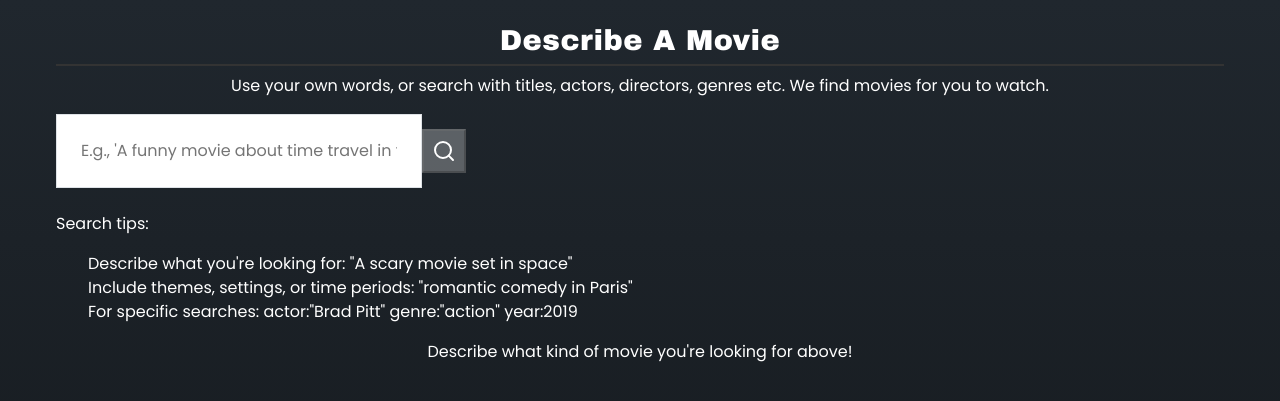
Repository: MahmoudSaad1307/DEPI-MoviesApp
Page: /
The author's editor kept a copy of each file at every save. The page is drawn from the files as they stood at one save, then again after the next save.
The browser window is 1280 px wide. The pictures show the whole page.
The project was rebuilt for these pictures with package versions that can differ from the ones it lists, and the page was loaded fresh each time. Also part of the build but not shown: vite.config.js, vite.config.ts, src/constants/components/Navbar.jsx, src/constants/components/Footer.jsx, src/pages/Layout.jsx, src/components/popular.jsx, src/components/continueWatching.jsx, src/components/topPicks.jsx and 11 more. Imported but missing from the stored project, and not drawn on this page: src/constants/components/constants.

Above is the page before, as saved 2025-04-18 18:58:49.

After the next save:
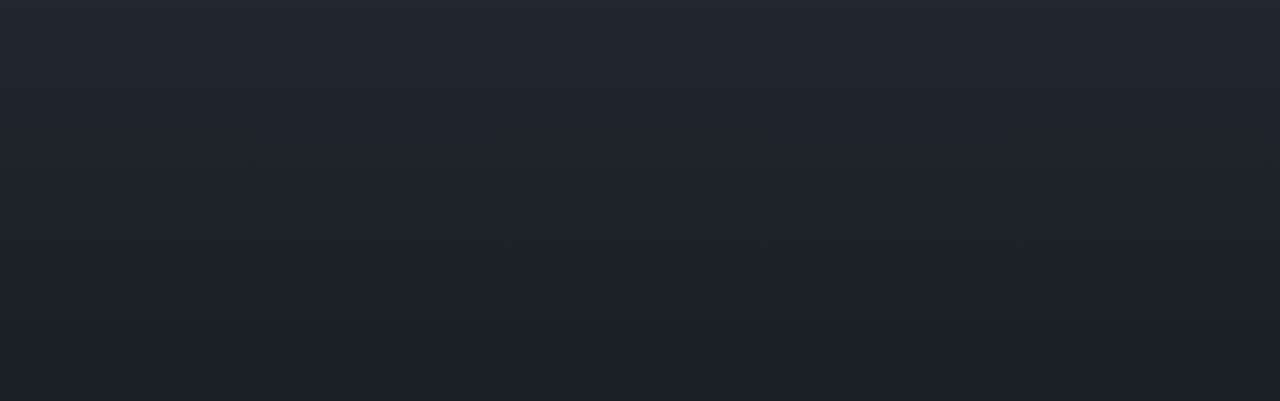
Console error: ReferenceError: MovieFinderAI is not defined
Saved 10 s later.
--- a/src/App.jsx
+++ b/src/App.jsx
@@ -25,7 +25,7 @@ const App = () => {
     //     <Route path="/watchlist" element={<Watchlist />} />
     //   </Route>
     // </Routes>
-    <MovieFinderApp/>
+    <MovieFinderAI/>
   );
 };
 

After the save that followed:
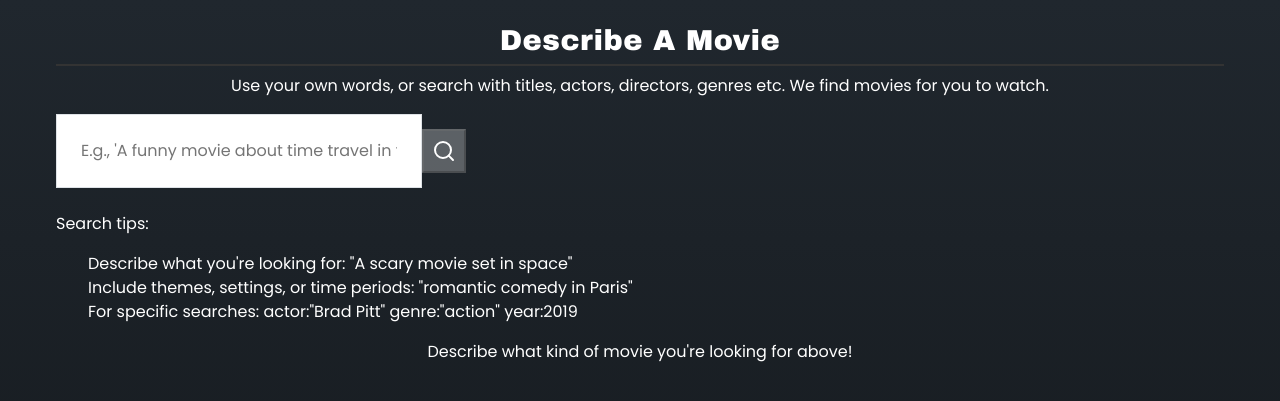
The error is gone.
Saved 4 s later.
--- a/src/App.jsx
+++ b/src/App.jsx
@@ -9,7 +9,7 @@ import MovieDetails from "./pages/MovieDetails";
 import UserEditPage from "./pages/UserEditPage";
 import Watchlist from "./pages/Watchlist";
 import Bonus from "./constants/components/bonus";
-import MovieFinderApp from "./constants/components/MovieSearch";
+import MovieFinderAI from "./constants/components/MovieSearch";
 
 const App = () => {
   return (
